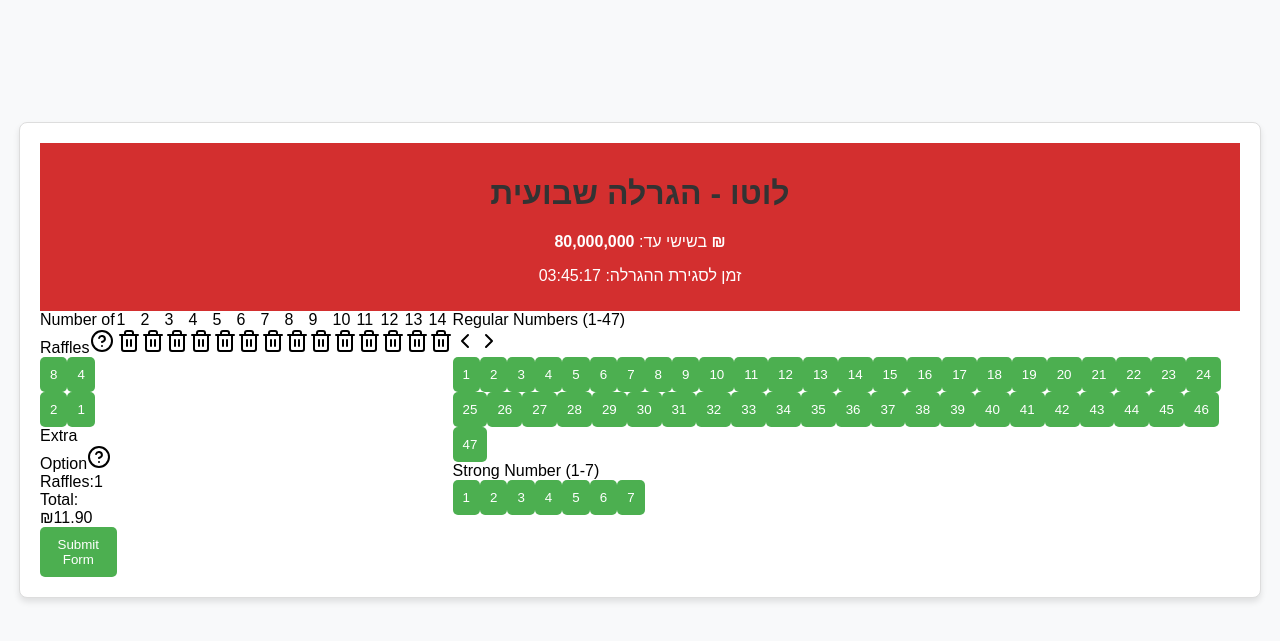
Repository: Giltih/LottoForm1
Page: /
An editor plug-in stored every save of this project. The page is shown before and after a run of saves, followed by the edit.
The browser window is 1280 px wide. The pictures show the whole page.
The project was rebuilt for these pictures with package versions that can differ from the ones it lists, and the page was loaded fresh each time. Also part of the build but not shown: vite.config.ts.

Above is the page before, as saved 2025-02-09 21:47:05.

After the next 2 saves:
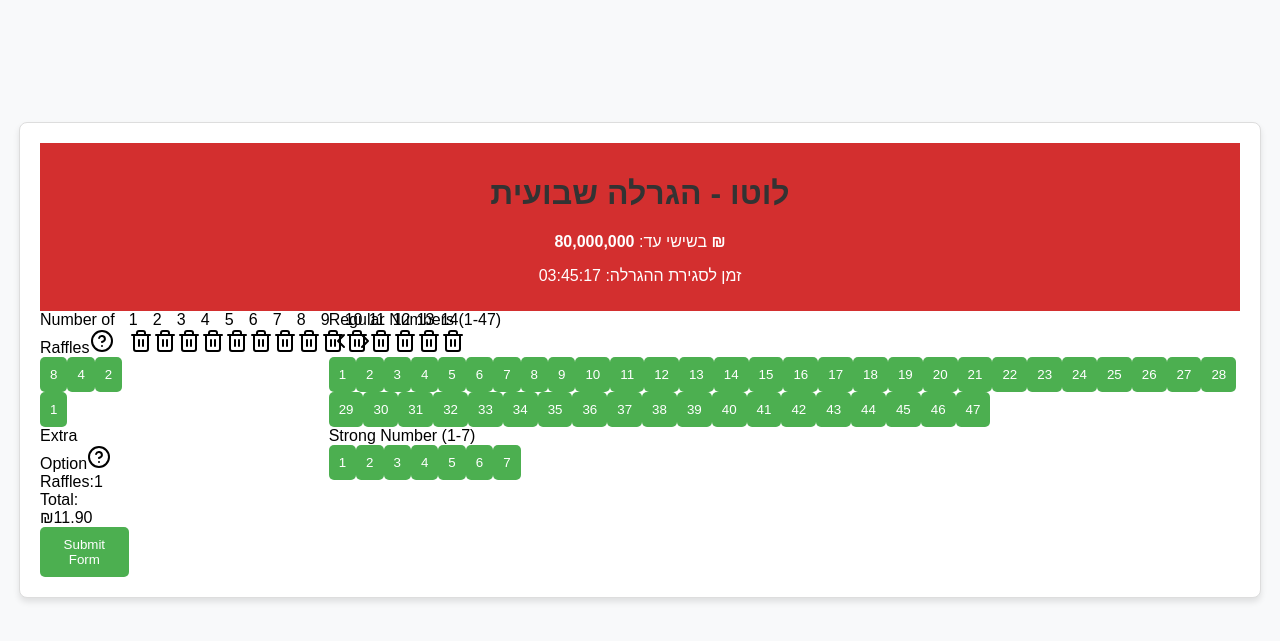
The 2 saves are shown as one change because they came seconds apart.
The last was saved 7 s later.
--- a/src/App.css
+++ b/src/App.css
@@ -30,6 +30,7 @@ body {
 }
 .middle-section {
   display: flex;
+  width: 200px;
 }
 
 button {
